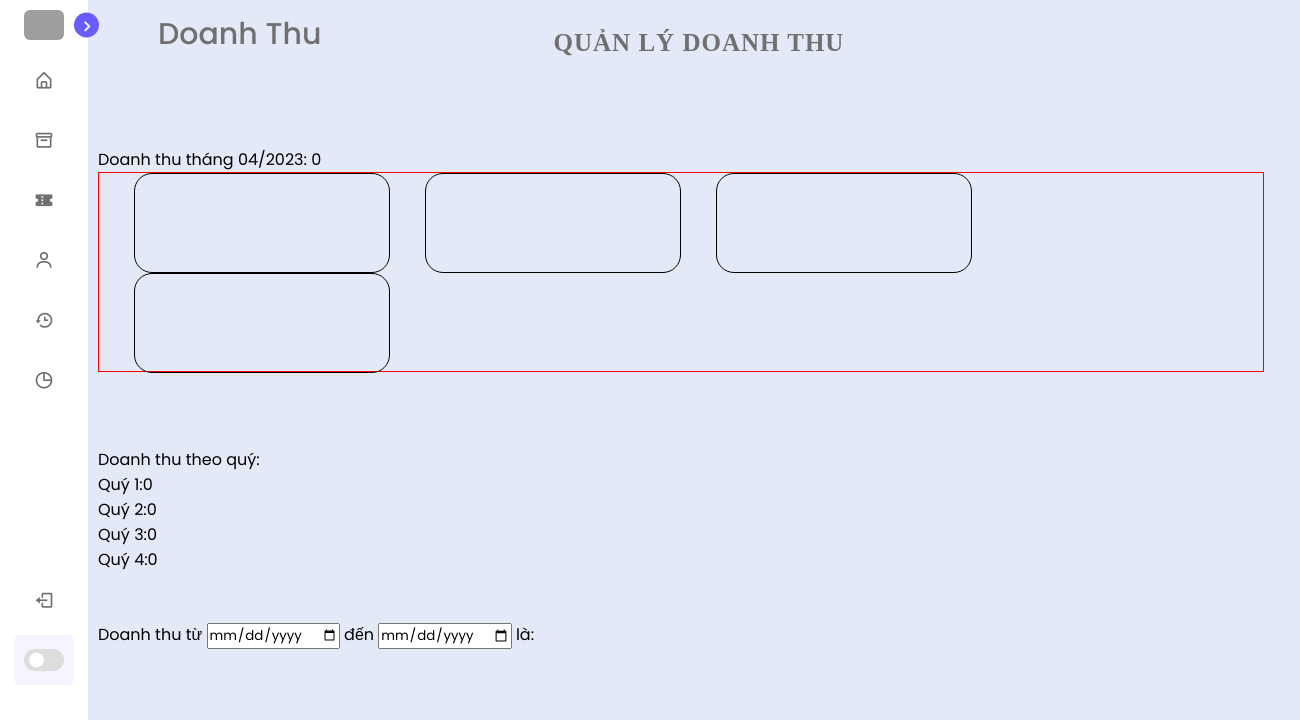
Repository: JeffDaveHudson/CapstoneProject
Page: http://localhost/CapstoneProject/revenue
An editor plug-in stored every save of this project. The page is shown before and after the next save, followed by the edit.
The browser window is 1280 px wide. The page is 1300 px wide, so the pictures cover 1300 px, including what lies to the right of the window. The pictures show the whole page.
Pictures or frames that could not be fetched are drawn as grey boxes. The page is served by Tomcat 9. Queries for data that is not in the repository find no rows.

Above is the page before, as saved 2023-06-14 03:33:56.

After the next save:
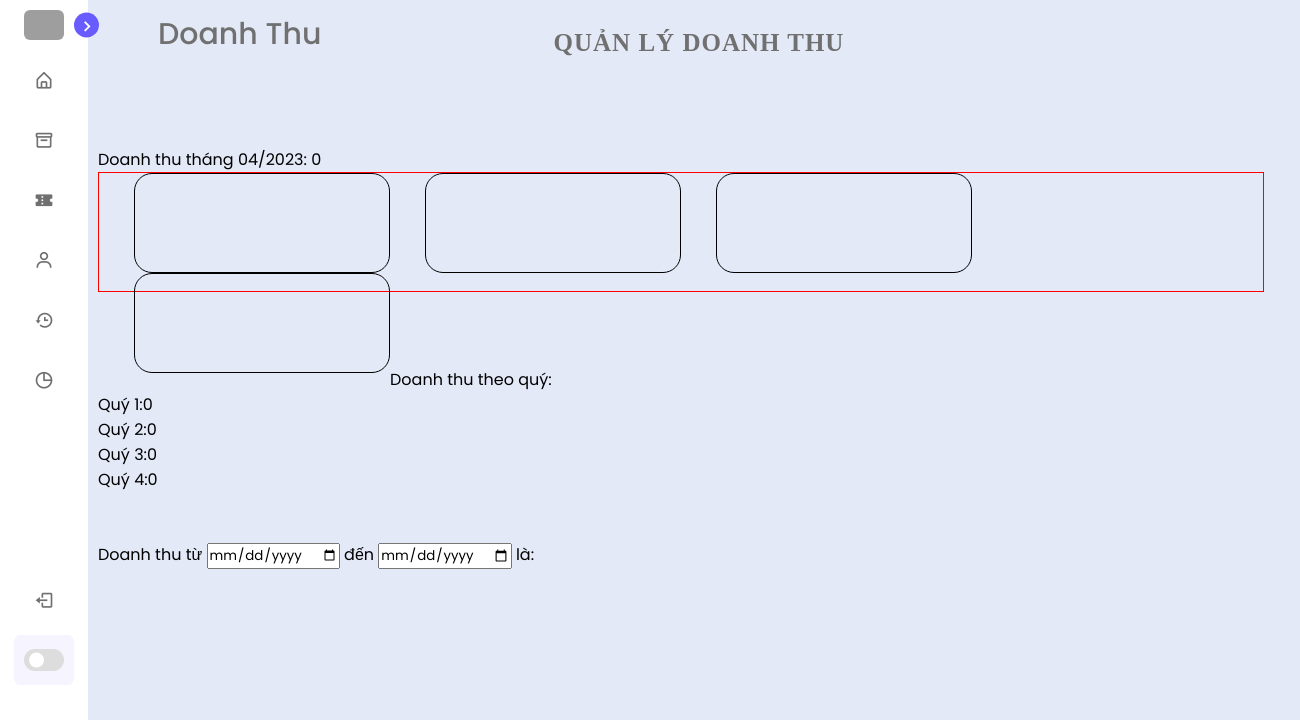
Saved 19 s later.
--- a/CapstoneProject/src/main/webapp/admin/Revenue.jsp
+++ b/CapstoneProject/src/main/webapp/admin/Revenue.jsp
@@ -24,7 +24,7 @@
 .div{
 	border: 1px solid red;
 	width: 97%;
-	height: 200px;
+	height: 120px;
 }
 
 .div .div1{
